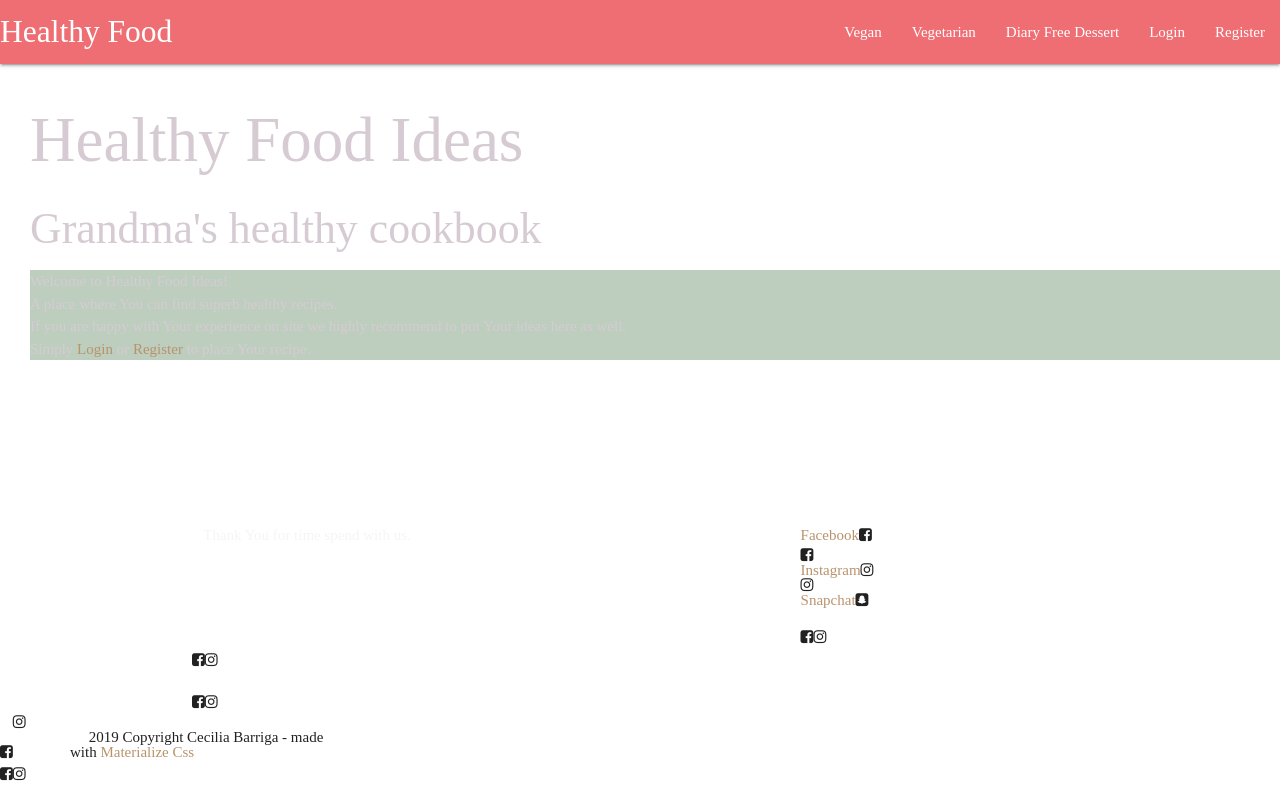
Repository: cesole/cookbook
Page: http://localhost/
The author's editor kept a record of every edit. The page is drawn from the files as they stood at one moment, then again after the next edit.
The browser window is 1280 px wide. The pictures show the whole page.
Some web fonts or font styles are not loaded; a fallback is used. The page is served by the project's application, run on Flask 3 (app.py).

Above is the page before.
Console error: TypeError: Cannot read properties of undefined (reading 'offsetHeight')

### templates/index.html
{% extends 'base.html'%}
{% block content %}
<div class="parallax">
    <div class="index-container">
        <h1>Healthy Food Ideas</h1>
        <h3>Grandma's healthy cookbook</h3>
       <p class="index">Welcome to Healthy Food Ideas!<br>A place where You can find superb healthy recipes.<br>
                                                    If you are happy with Your experience on site we highly recommend to put Your ideas here as well.<br>
                                                    Simply <a class="orange-text text-lighten-3" href="{{url_for('login')}}">Login</a> or <a class="orange-text text-lighten-3" href="{{url_for('register')}}">Register</a> to place Your recipe.</p>
    </div>
</div>
{% endblock %}

### templates/base.html
<!DOCTYPE html>
<html lang="en">
<head>
    <meta charset="UTF-8">
    <meta name="viewport" content="width=device-width, initial-scale=1.0">

    <link href="https://fonts.googleapis.com/icon?family=Material+Icons" rel="stylesheet">
    <!-- Compiled and minified CSS -->
    <link rel="stylesheet" href="{{ url_for('static', filename='css/materialize.min.css') }}" type="text/css" />
    <link href="https://stackpath.bootstrapcdn.com/font-awesome/4.7.0/css/font-awesome.min.css" rel="stylesheet" integrity="sha384-wvfXpqpZZVQGK6TAh5PVlGOfQNHSoD2xbE+QkPxCAFlNEevoEH3Sl0sibVcOQVnN" crossorigin="anonymous">
    <link href="https://fonts.googleapis.com/css?family=Beth+Ellen&display=swap" rel="stylesheet">
    <link rel="stylesheet" href="{{ url_for('static', filename='css/style.css') }}" type="text/css" />


    <title>Cookbook</title>
</head>

<body class="container-fluid">
    <nav>
        <div class="nav-wrapper">
            <a href="{{url_for('index')}}" class="brand-logo">Healthy Food</a>
            <a href="#" data-target="mobile-demo" class="sidenav-trigger"><i class="material-icons">menu</i></a>
            <ul class="right hide-on-med-and-down">
                {% if session.username %}
                <li>Hello, {{ session.username }}!</li>
                {% endif %}
                <li><a href="{{url_for('vegan')}}">Vegan</a></li>
                <li><a href="{{url_for('vegetarian')}}">Vegetarian</a></li>
                <li><a href="{{url_for('dessert')}}">Diary Free Dessert</a></li>
                {% if not session.username %}
                <li><a href="{{url_for('login')}}">Login</a></li>
                <li><a href="{{url_for('register')}}">Register</a></li>
                {% else %}
                <li><a href="{{url_for('get_my_recipes')}}">My Recipes</a></li>
                <li><a href="{{url_for('logout')}}">Logout</a></li>
                {% endif %}
            </ul>
        </div>
        <ul class="sidenav" id="mobile-demo">
            {% if session.username %}
            <li>Hello, {{ session.username }}!</li>
            {% endif %}
            <li><a href="{{url_for('vegan')}}">Vegan</a></li>
            <li><a href="{{url_for('vegetarian')}}">Vegetarian</a></li>
            <li><a href="{{url_for('dessert')}}">Diary Free Dessert</a></li>
            {% if not session.username %}
            <li><a href="{{url_for('login')}}">Login</a></li>
            <li><a href="{{url_for('register')}}">Register</a></li>
            {% else %}
            <li><a href="{{url_for('get_my_recipes')}}">My Recipes</a></li>
            <li><a href="{{url_for('logout')}}">Logout</a></li>
            {% endif %}
        </ul>
    </nav>

    <div class="container-fluid">
        <main>{% block content %}{% endblock %}</main>
    </div>

    <footer class="footer">
        <div class="container">
            <div class="row">
                <div class="col l6 s12">
                    <h5 class="white-text">Cooking like Grandma at your own place</h5>
                    <p class="grey-text text-lighten-4">Thank You for time spend with us.</p>
                </div>
                <div class="col l4 offset-l2 s12">
                    <h5 class="white-text">Visit us on :</h5>
                    <ul>
                      <li><a class="orange-text text-lighten-3" href="https://www.facebook.com/" target=_blank>Facebook</a><i class="fa fa-facebook-square"></li>
                      <li><a class="orange-text text-lighten-3" href="https://www.instagram.com/" target=_blank>Instagram</a><i class="fa fa-instagram"></li>
                      <li><a class="orange-text text-lighten-3" href="https://www.snapchat.com/" target=_blank>Snapchat</a><i class="fa fa-snapchat-square"></i></li>
                    </ul>
                </div>
            </div>
        </div>
        <div class="footer-copyright">
            <div class="container">
            © 2019 Copyright Cecilia Barriga - made with <a class="orange-text text-lighten-3" href="https://materializecss.com/" target=_blank>Materialize Css</a>
            </div>
        </div>
    </footer>


    <script src="https://code.jquery.com/jquery-3.3.1.slim.min.js" integrity="sha384-q8i/X+965DzO0rT7abK41JStQIAqVgRVzpbzo5smXKp4YfRvH+8abtTE1Pi6jizo" crossorigin="anonymous"></script>
    <!-- Compiled and minified JavaScript -->
    <script src="https://cdnjs.cloudflare.com/ajax/libs/materialize/1.0.0/js/materialize.min.js"></script>

    <script>
        $(document).ready(function(){
            $('.sidenav').sidenav();
            $('.parallax').parallax();
            $('.carousel').carousel();
            $('.slider').slider();
            $('select').formSelect();
          });
    </script>

</body>
</html>

### app.py
import os
from flask import Flask, render_template, flash, redirect, request, url_for, session, make_response, current_app
from flask_pymongo import PyMongo
import pymongo
from pymongo import MongoClient
from bson.objectid import ObjectId
import json
from datetime import datetime
from functools import update_wrapper


app = Flask(__name__)
app.config["MONGO_DBNAME"] = 'task_manager'
app.config["MONGO_URI"] = os.getenv('MONGO_URI', 'mongodb://localhost')
app.config['SECRET_KEY'] = "cooking_book"


mongo = PyMongo(app)




@app.route('/')
@app.route('/index')
def index():
    return render_template('index.html')

@app.route('/vegan')
def vegan():
    return render_template('vegan.html',
                            meals=mongo.db.meals.find())

@app.route('/vegetarian')
def vegetarian():
    return render_template('vegetarian.html',
                            meals=mongo.db.meals.find())

@app.route('/dessert')
def dessert():
    return render_template('dessert.html',
                            meals=mongo.db.meals.find())

@app.route('/login', methods=["POST", "GET"])
def login():
    users = mongo.db.users
    login_user = users.find_one({"username" : request.form.get("username", False)})
    if login_user:
        if (request.form['pass']) == login_user['password']:
            session['username'] = request.form['username']
            return redirect(url_for('index'))
        flash('Invalid username/password combination')

    return render_template('login.html')




@app.route('/register', methods=["POST", "GET"])
def register():
    if request.method == "POST":
        users = mongo.db.users
        existing_user = users.find_one({"username" : request.form['username']})
        if existing_user is None:
            users.insert({'username' : request.form['username'],
                            'password' : request.form['pass']
            })
            session['username'] = request.form['username']
            return redirect(url_for('index'))
        flash("Username already exist! Try again!")
    return render_template('register.html')


@app.route('/get_my_recipes', methods=['GET', 'POST'])
def get_my_recipes():
    if not 'username' in session:
        return redirect('/get_login')
    else:
        recipes = mongo.db.meals.find()
        return render_template('user_recipes.html',
                           username=session['username'],
                           recipes=recipes)

@app.route('/add_recipe')
def add_recipe():
    return render_template('add_recipe.html',
                            categories=mongo.db.categories.find(),
                            images=mongo.db.images.find())


@app.route('/insert_recipe', methods=['POST'])
def insert_recipe():
    meals =  mongo.db.meals
    meals.insert_one(request.form.to_dict())
    return render_template('user_recipes.html')


@app.route('/delete_recipe/<meal_id>')
def delete_recipe(recipe_id):

    mongo.db.recipes.remove({'_id': ObjectId(recipe_id)})
    return redirect(url_for('get_my_recipes'))



@app.route('/edit_recipe/<meal_id>')
def edit_meal(meal_id):
    the_meal =  mongo.db.meal.find_one({"_id": ObjectId(meal_id)})
    all_categories =  mongo.db.categories.find()
    return render_template('edit_recipe.html', meal=the_meal,
                           categories=all_categories)

@app.route('/logout')
def logout():
    session.clear()
    return redirect(url_for('index'))

@app.route('/recipe/<meal_id>', methods=['GET', 'POST'])
def recipe(meal_id):
    the_meal =  mongo.db.meals.find_one({"_id": ObjectId(meal_id)})
    return render_template('recipe.html', meal=the_meal)

if __name__ == '__main__':
    app.run(host=os.environ.get('IP'),
            port=int(os.environ.get('PORT')),
            debug=True)

### static/css/style.css
.parallaxr {
    background-image: url({{ url_for('static', filename='images/background.jpg') }});
}
nav .nav-wrapper {
    position: relative;
    height: 100%;
    background-color: #bdcebe !important;
    color: white;
}

.index-container {
    margin-left: 30px;
    color: #d6cbd3;
}

.brand-logo {
    font-family: 'Beth Ellen', cursive;
}

html {
    font-family: 'Beth Ellen', cursive;
}

.description {
    font-size: 1.5rem;
}

main {
    min-height: 50vh;
}
v
form {
    margin-top: 50px;
}

.meals {
    padding-top: 50px;
}

span.card-title {
    background-color: #d68d057a;
    width: 100%;
    padding: 10px !important;
}

.card-content {
    height: 100px;
}

/* Caption styles */

.caption {
    background-color: rgba(0, 0, 0, 0.1);
}

/* parallax styles */
.grey-text.text-darken-3 {
    color: white !important;
    text-align: center;
}

.white {
    background-color: #380f67 !important;
    color: white;
    text-align: center;
}

/* end of style */

/* carousel style */

.carousel {
    height: 250px;
}

/* end of styles */

.input-field label {
    color: black;
}

.input-field input[type=text],
.input-field input[type=password],
.input-field input[type=email]{
    border-bottom: 1px solid black;
    box-shadow: 0 1px 0 0 black;
}

.switch label {
    color: black;
}

textarea.materialize-textarea {
    border-bottom: 1px solid black;
    box-shadow: 0 1px 0 0 black;
}

label.active {
    color: yellow !important;
}

.index {
    background-color: #bdcebe;
}
.page-footer {
    background-color: #bdcebe;
}

.title-image {
    background-image: url('static/images/background.jpg');
}

.flashes {
    text-align: center;
    font-size: 2rem;
}


.orange-text.text-lighten-3 {
    color: #b9936c !important;
}

/* MEDIA STYLE */

@media (max-width: 768px) {
    nav .brand-logo {
        font-size: 1rem;
    }
}

Loaded but not shown: static/css/materialize.min.css (library)

After the next edit:
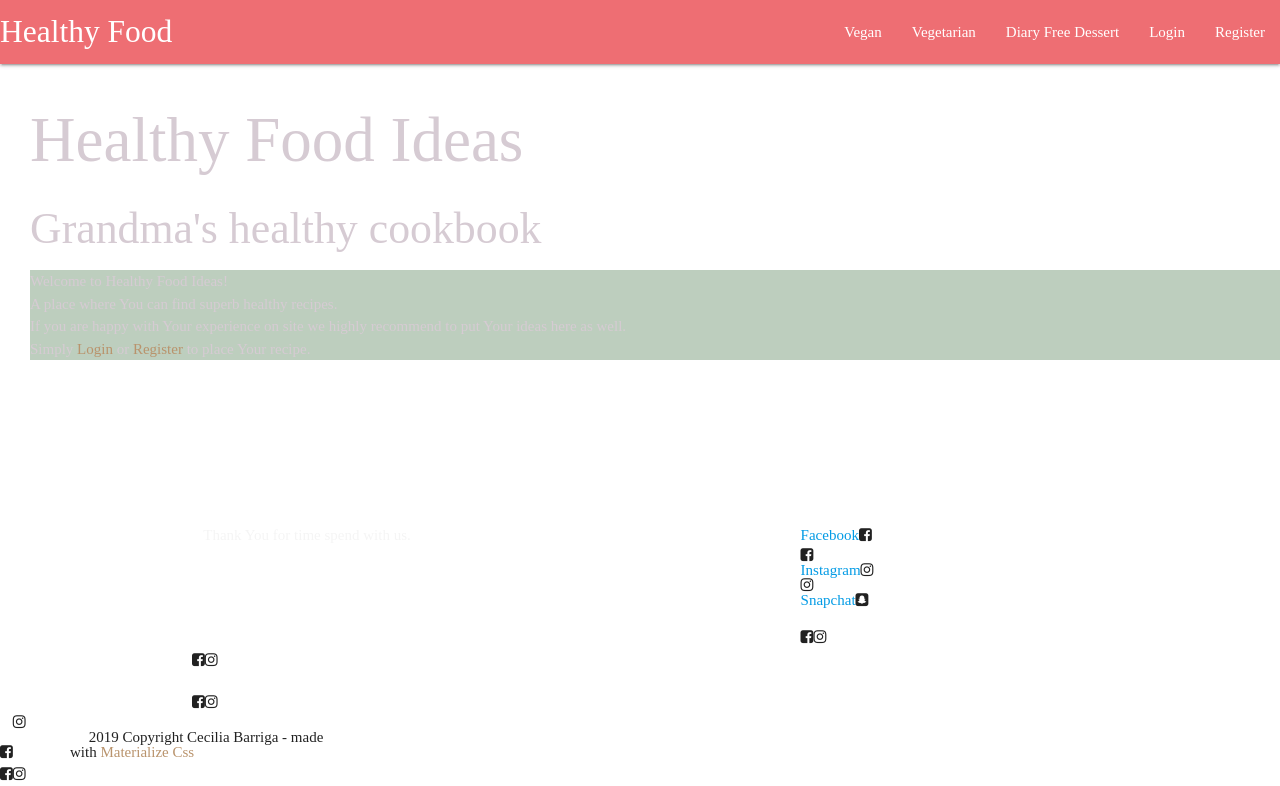
The edit:
--- a/templates/base.html
+++ b/templates/base.html
@@ -67,9 +67,9 @@
                 <div class="col l4 offset-l2 s12">
                     <h5 class="white-text">Visit us on :</h5>
                     <ul>
-                      <li><a class="orange-text text-lighten-3" href="https://www.facebook.com/" target=_blank>Facebook</a><i class="fa fa-facebook-square"></li>
-                      <li><a class="orange-text text-lighten-3" href="https://www.instagram.com/" target=_blank>Instagram</a><i class="fa fa-instagram"></li>
-                      <li><a class="orange-text text-lighten-3" href="https://www.snapchat.com/" target=_blank>Snapchat</a><i class="fa fa-snapchat-square"></i></li>
+                      <li><a class="social-media" href="https://www.facebook.com/" target=_blank>Facebook</a><i class="fa fa-facebook-square"></li>
+                      <li><a class="social-media" href="https://www.instagram.com/" target=_blank>Instagram</a><i class="fa fa-instagram"></li>
+                      <li><a class="social-media" href="https://www.snapchat.com/" target=_blank>Snapchat</a><i class="fa fa-snapchat-square"></i></li>
                     </ul>
                 </div>
             </div>
